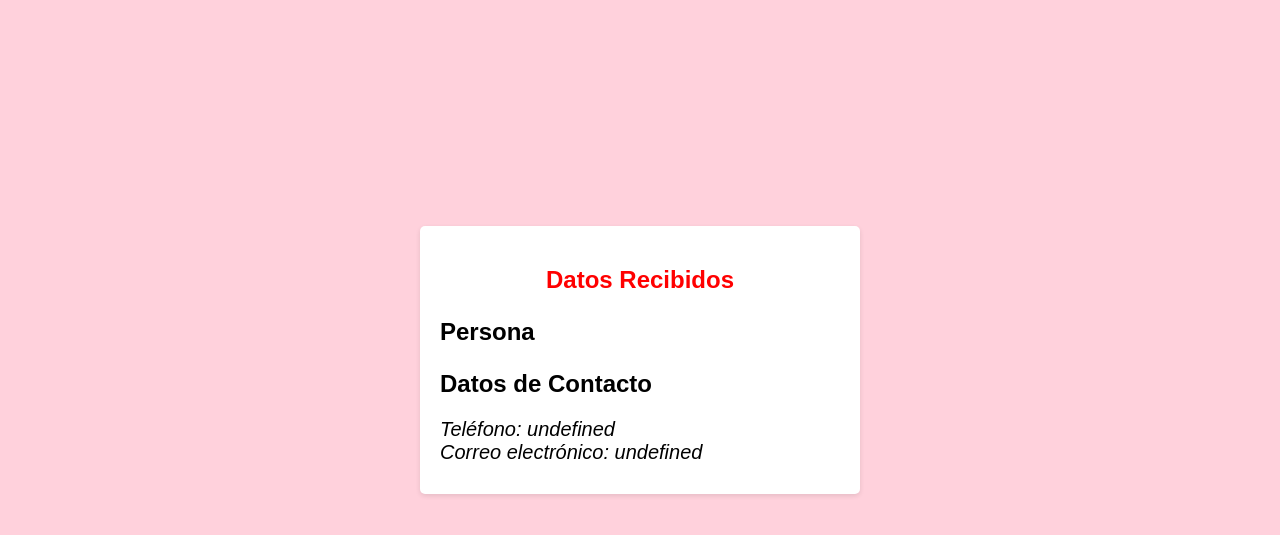
Repository: UVMCoyoacan/InnovaWeb
Page: recibedatosCV.html
These files come from the project's save history. The page is drawn as it stood at one moment and after the next save; the edit follows.
The browser window is 1280 px wide. The pictures show the whole page.

Above is the page before, as saved 2024-03-01 12:00:18.

After the next save:
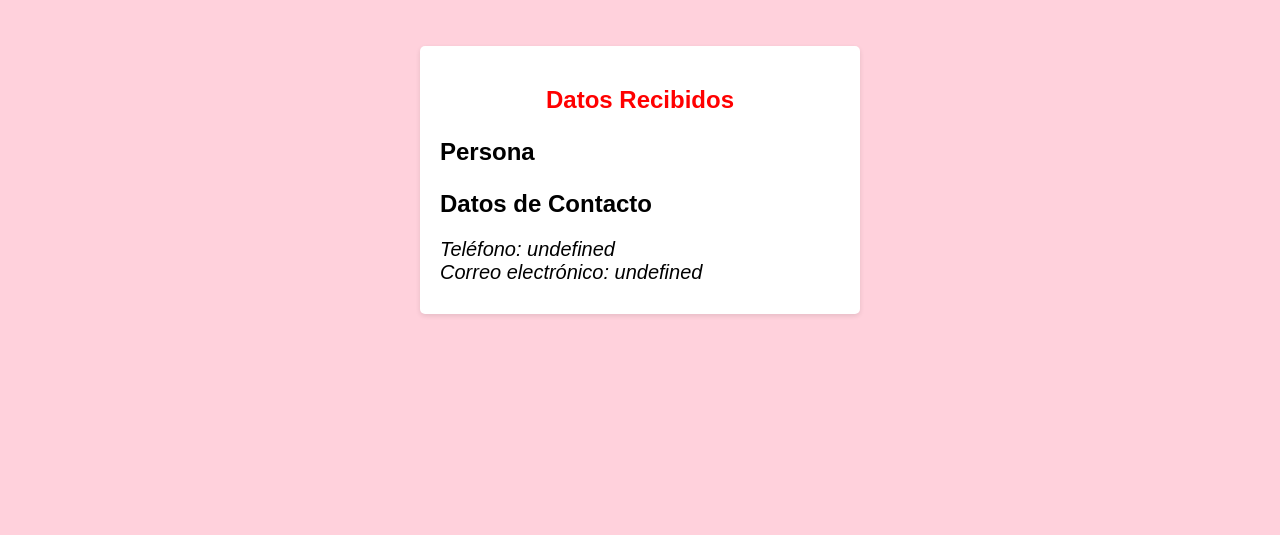
Saved 17 s later.
--- a/recibedatosCV.html
+++ b/recibedatosCV.html
@@ -11,7 +11,7 @@
             display: flex;
             justify-content: center;
             align-items: center;
-            height: 100vh;
+            height: 50vh;
         }
         .container {
             width: 400px;
